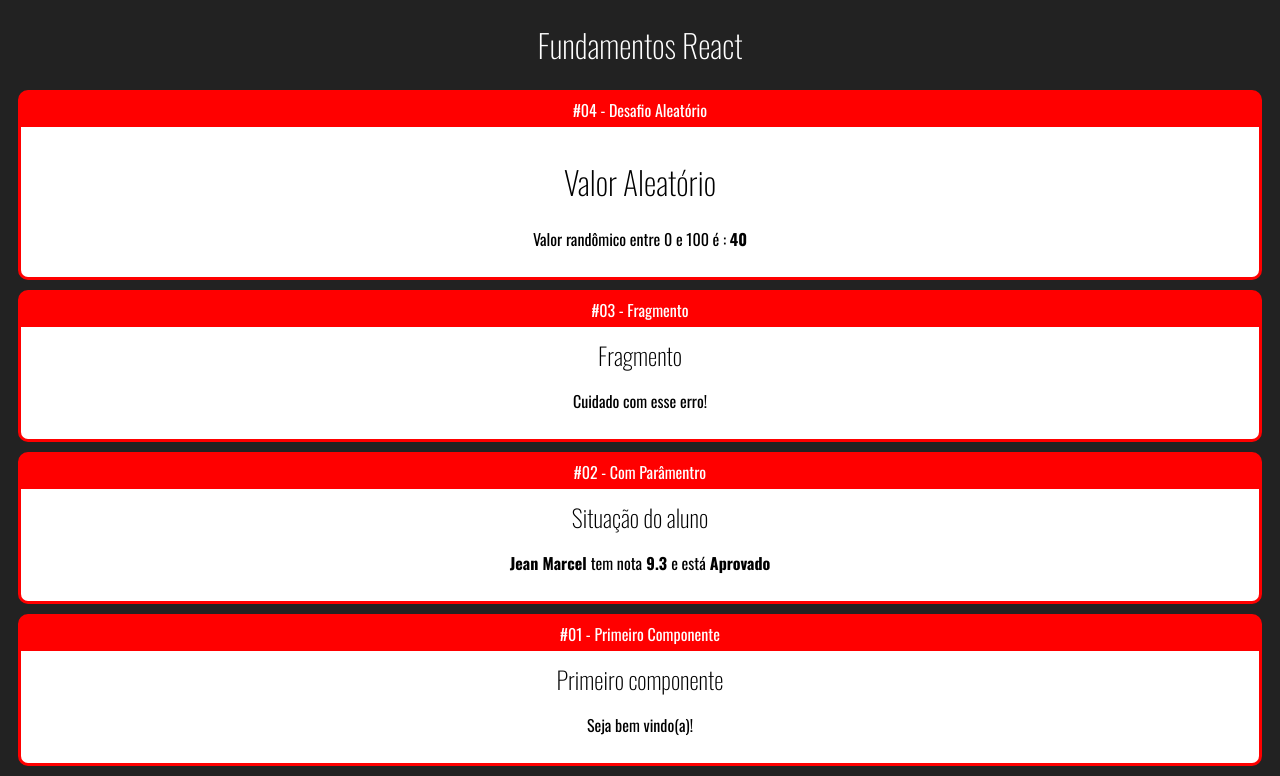
Repository: jean-siqueira/fundamentos-react
Page: /
The author's editor kept a copy of each file at every save. The page is drawn from the files as they stood at one save, then again after the next save.
The browser window is 1280 px wide. The pictures show the whole page.
The project was rebuilt for these pictures with package versions that can differ from the ones it lists, and the page was loaded fresh each time.

Above is the page before, as saved 2023-03-04 12:19:49.

### public/index.html
<!DOCTYPE html>
<html lang="en">
  <head>
    <meta charset="utf-8" />
    <link rel="icon" href="%PUBLIC_URL%/favicon.ico" />
    <meta name="viewport" content="width=device-width, initial-scale=1" />
    <meta name="theme-color" content="#000000" />
    <meta
      name="description"
      content="Web site created using create-react-app"
    />
    <link rel="apple-touch-icon" href="%PUBLIC_URL%/logo192.png" />
    <link rel="manifest" href="%PUBLIC_URL%/manifest.json" />
    <link rel="preconnect" href="https://fonts.googleapis.com">
<link rel="preconnect" href="https://fonts.gstatic.com" crossorigin>
<link href="https://fonts.googleapis.com/css2?family=Oswald:wght@200;300;400;500;600;700&display=swap" rel="stylesheet">
    <title>React App</title>
  </head>
  <body>
    <noscript>You need to enable JavaScript to run this app.</noscript>
    <div id="root"></div>
  </body>
</html>

### src/index.js
import "./index.css";
import ReactDOM from "react-dom";
import React from "react";

import App from "./App";

const tag = <strong>Olá React</strong>;

ReactDOM.render(<App />, document.getElementById("root"));

### src/index.css
body {
    font-family: Oswald;
    background-color: #222;
    color: #fff;
    text-align: center;
}

h1, h2, h3 {
    font-weight: 200;
}

h2, h3 {
    margin: 0;
}

### src/App.jsx
import React from "react";

import Card from "./components/layout/Card";
import Primeiro from "./components/basicos/Primeiro";
import "./App.css"
import ComParametro from "./components/basicos/ComParametro";
import Fragmento from "./components/basicos/Fragmento";
import Aleatorio from "./components/basicos/Aleatorio";

export default (_) => (
  <div id="App">
    <h1>Fundamentos React</h1>

    <div className="Cards">
      <Card titulo="#04 - Desafio Aleatório">
        <Aleatorio min={0} max={100} />
      </Card>

      <Card titulo="#03 - Fragmento">
        <Fragmento />
      </Card>

      <Card titulo="#02 - Com Parâmentro">
        <ComParametro
          titulo="Situação do aluno"
          aluno="Jean Marcel"
          nota={9.3}
        />
      </Card>

      <Card titulo="#01 - Primeiro Componente">
        <Primeiro></Primeiro>
      </Card>
    </div>
  </div>
);

### src/components/layout/Card.jsx
import React from "react";
import "./Card.css";

export default (props) => {
  return (
    <div className="Card">
      <div className="Title">{props.titulo}</div>
      <div className="Content">{props.children}</div>
    </div>
  );
};

### src/components/basicos/Primeiro.js

import React from "react"

export default function Primeiro() {

    const msg = 'Seja bem vindo(a)!'

    return (
        <div>
            <h2>Primeiro componente</h2>
            <p>  {msg} </p>
        </div>
    )

}

### src/components/basicos/ComParametro.jsx
import React from "react";

export default function ComParametro(props) {
  const status = props.nota >= 7 ? "Aprovado" : "Recuperação";
  return (
    <div>
      <h2>{props.titulo}</h2>
      <p>
        <strong>{props.aluno} </strong>
        tem nota
        <strong> {props.nota} </strong>e está
        <strong> {status}</strong>
      </p>
    </div>
  );
}

### src/components/basicos/Fragmento.jsx
import React from "react";

export default function Fragmento(props) {
  return (
    <>
      <h2>Fragmento</h2>
      <p>Cuidado com esse erro!</p>
    </>
  );
}

### src/components/basicos/Aleatorio.jsx
import React from "react";

export default (props) => {
  const { min, max } = props;

  const valorRandomico = parseInt(Math.random() * (max - min)) + min;

  return (
    <div>
      <h1>Valor Aleatório</h1>
      <p>
        Valor randômico entre {min} e {max} é :{" "}
        <strong>{valorRandomico}</strong>
      </p>
    </div>
  );
};

### src/components/layout/Card.css
.Card {
  background-color: red;
  border-radius: 10px;
  overflow: hidden;
  border: 3px solid red;
  margin: 10px;
}

.Card .Title {
  padding: 5px 0px;
  display: flex;
  justify-content: center;
}

.Card .Content {
  background-color: #fff;
  color: #000;
  padding: 10px;
}

### src/App.css
.App .Cards {
    display: flex;
}

After the next save:
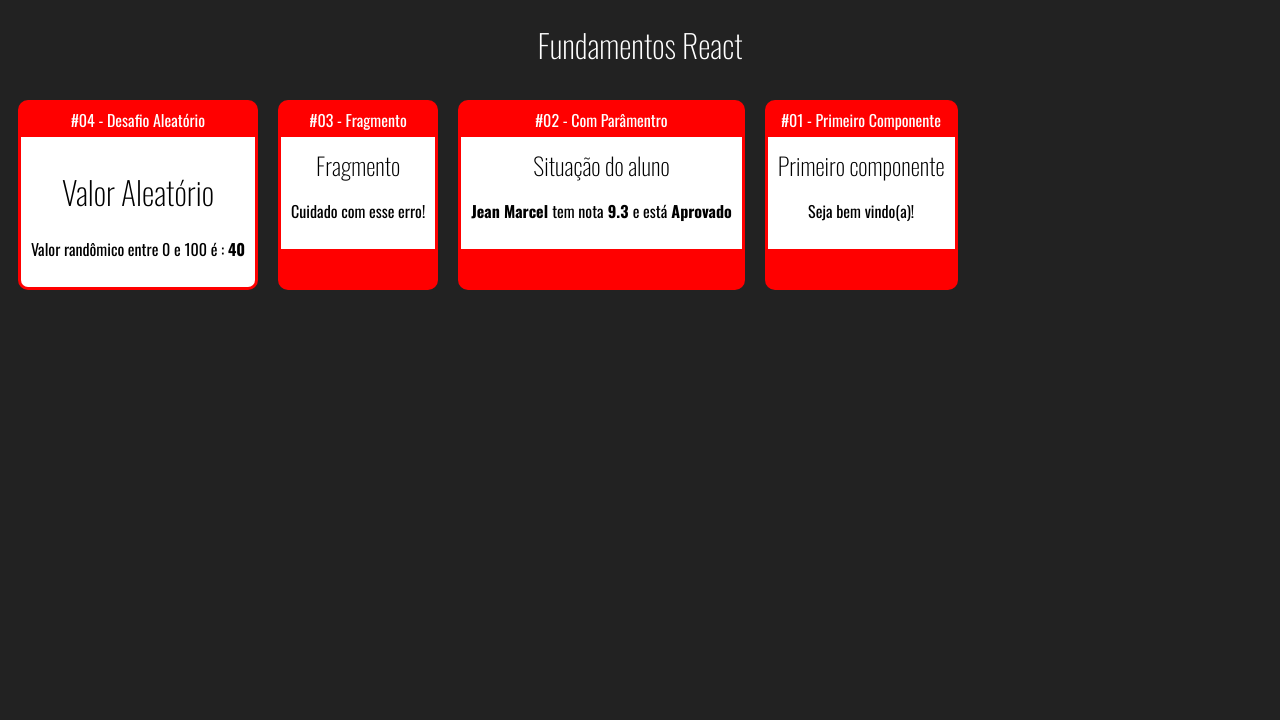
Saved 25 s later.
--- a/src/App.jsx
+++ b/src/App.jsx
@@ -8,7 +8,7 @@ import Fragmento from "./components/basicos/Fragmento";
 import Aleatorio from "./components/basicos/Aleatorio";
 
 export default (_) => (
-  <div id="App">
+  <div className="App">
     <h1>Fundamentos React</h1>
 
     <div className="Cards">
